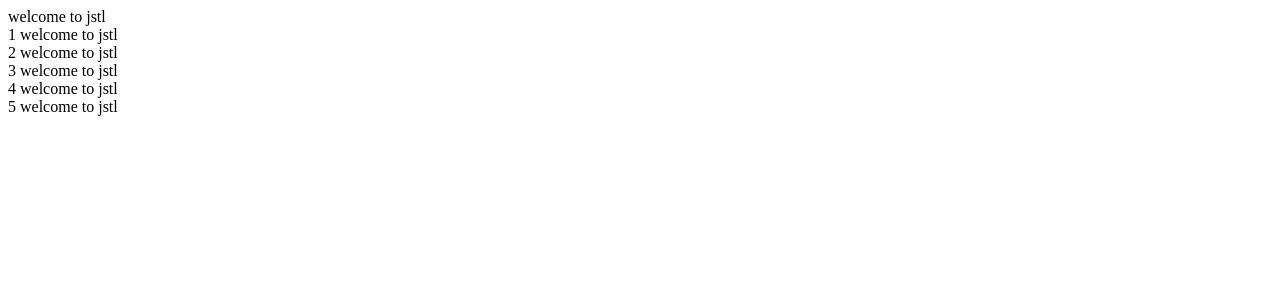
Repository: vinodkumarr269/mode1
Page: http://localhost/JstlDemo/loopDemo.jsp
An editor plug-in stored every save of this project. The page is shown before and after the next save, followed by the edit.
The browser window is 1280 px wide. The pictures show the whole page.
The page is served by Tomcat 9.

Above is the page before, as saved 2019-08-26 04:17:42.

After the next save:
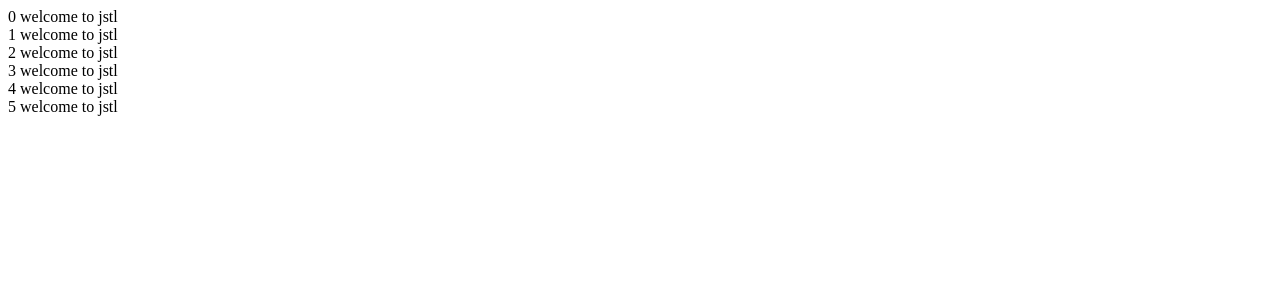
Saved 80 s later.
--- a/day15/JstlDemo/WebContent/loopDemo.jsp
+++ b/day15/JstlDemo/WebContent/loopDemo.jsp
@@ -8,6 +8,7 @@
 <title>Insert title here</title>
 </head>
 <body>
+<c:set value="0"  var="i"/>
 <c:forEach step="1"  begin="1" end="6">
 <c:out value="${i}"/>
 <c:set var="i" value="${i+1}"/>
